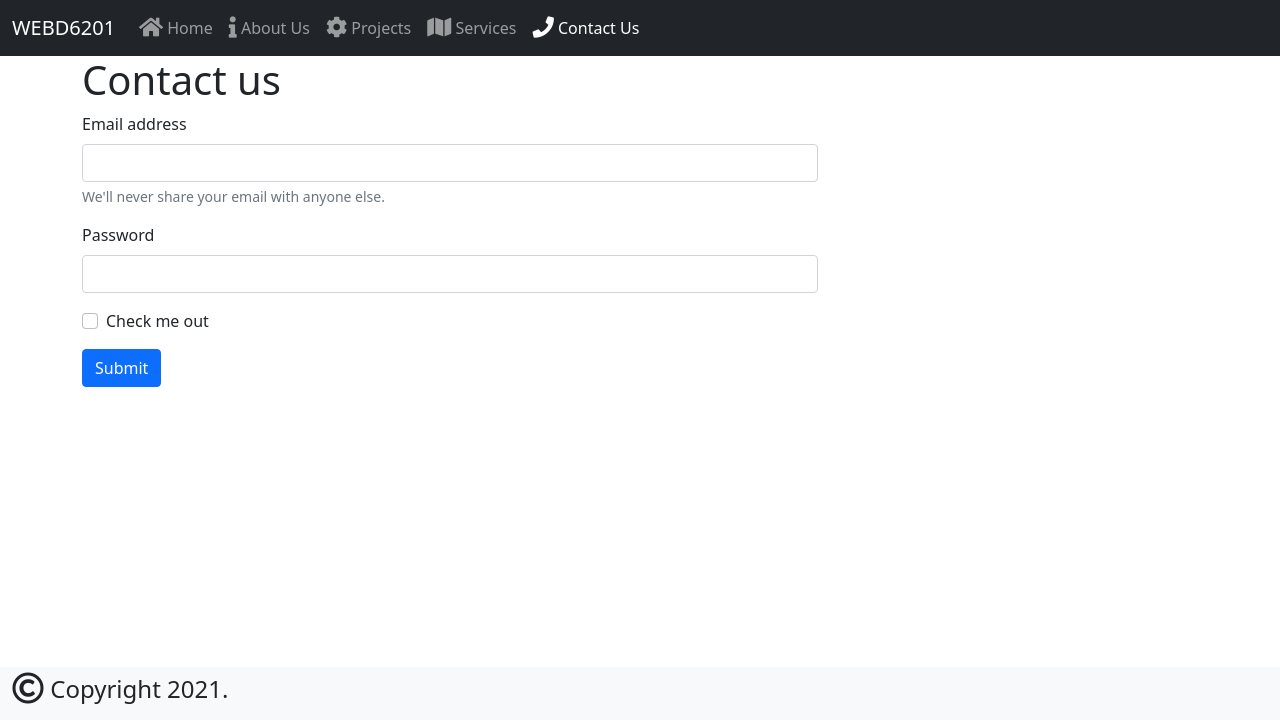
Repository: aphim/Webd6201-wk3
Page: contact.html
The author's editor kept a copy of each file at every save. The page is drawn from the files as they stood at one save, then again after the next save.
The browser window is 1280 px wide. The pictures show the whole page.

Above is the page before, as saved 2021-01-21 09:15:32.

After the next save:
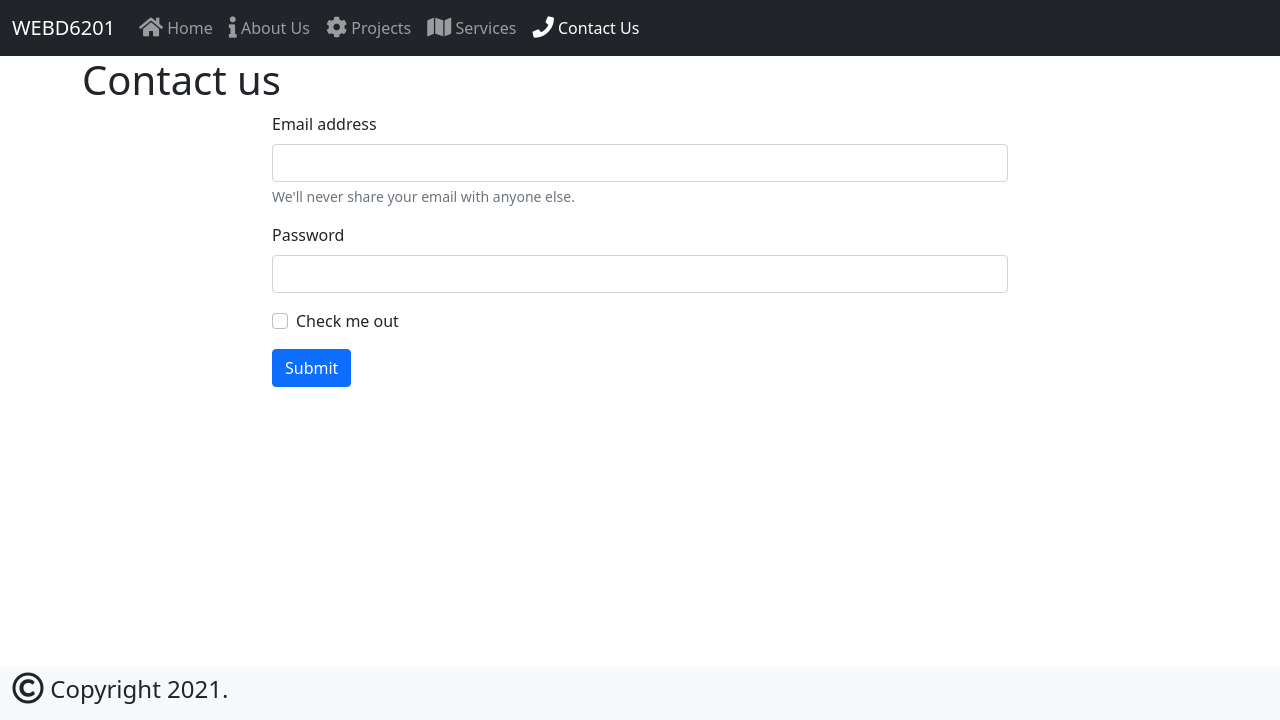
Saved 115 s later.
--- a/contact.html
+++ b/contact.html
@@ -50,7 +50,7 @@
     <main class="container">
         <h1>Contact us</h1>
 
-<div class="row">
+<div class="row justify-content-md-center">
   <form class="col-8">
 
     <div class="mb-3">
